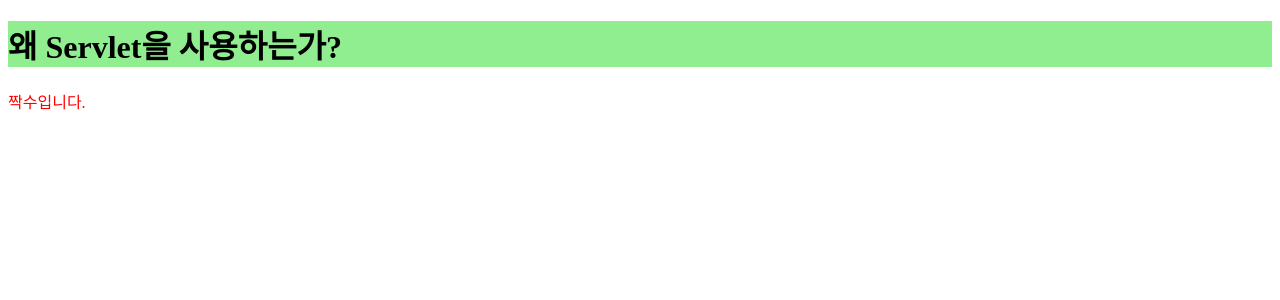
Repository: DistincTao/JSP
Page: http://localhost/JSPBasic/whyUseServlet.jsp
These files come from the project's save history. The page is drawn as it stood at one moment and after the next save; the edit follows.
The browser window is 1280 px wide. The pictures show the whole page.
The page is served by Tomcat 9. Nobody is signed in. The application's start-up code is not run.

Above is the page before, as saved 2023-12-11 02:22:30.

After the next save:
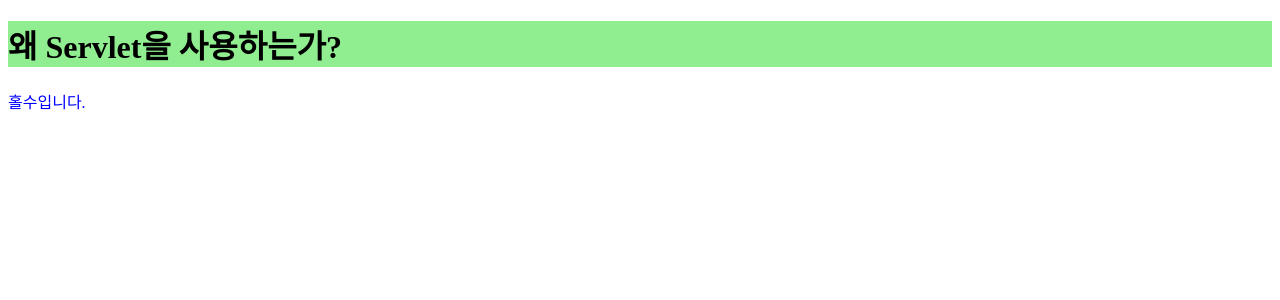
Saved 22 s later.
--- a/JSPBasic/src/main/webapp/whyUseServlet.jsp
+++ b/JSPBasic/src/main/webapp/whyUseServlet.jsp
@@ -21,7 +21,7 @@ h1 {
 	<!--  변수에 임의의 값을 저장한 후, 그 값이 홀수이면 파란색 글씨로 "홀수 입니다.
 		그 값이 짝수이면 빨간 글씨로 "짝수입니다." 라고 출력해보자 -->
 	<%
-		int num = 3;
+	int num = 3;
 	if (num % 2 == 0) { // 짝수이면
 	%>
 		<div style="color: red;">짝수입니다.</div>
@@ -29,8 +29,7 @@ h1 {
 	<%
 	} else {
 	%>
-		<div style="color: red;">짝수입니다.</div>
-
+		<div style="color: blue;">홀수입니다.</div>
 
 	<%
 	}

After the save that followed:
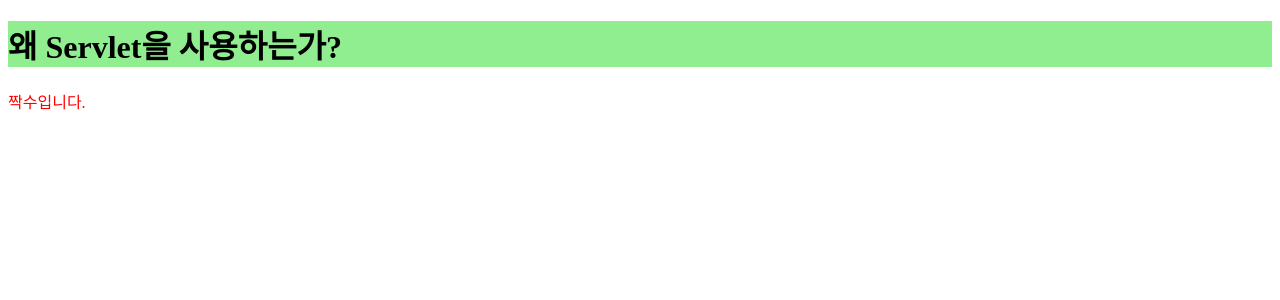
Saved 29 s later.
--- a/JSPBasic/src/main/webapp/whyUseServlet.jsp
+++ b/JSPBasic/src/main/webapp/whyUseServlet.jsp
@@ -21,7 +21,7 @@ h1 {
 	<!--  변수에 임의의 값을 저장한 후, 그 값이 홀수이면 파란색 글씨로 "홀수 입니다.
 		그 값이 짝수이면 빨간 글씨로 "짝수입니다." 라고 출력해보자 -->
 	<%
-	int num = 3;
+	int num = 4;
 	if (num % 2 == 0) { // 짝수이면
 	%>
 		<div style="color: red;">짝수입니다.</div>
